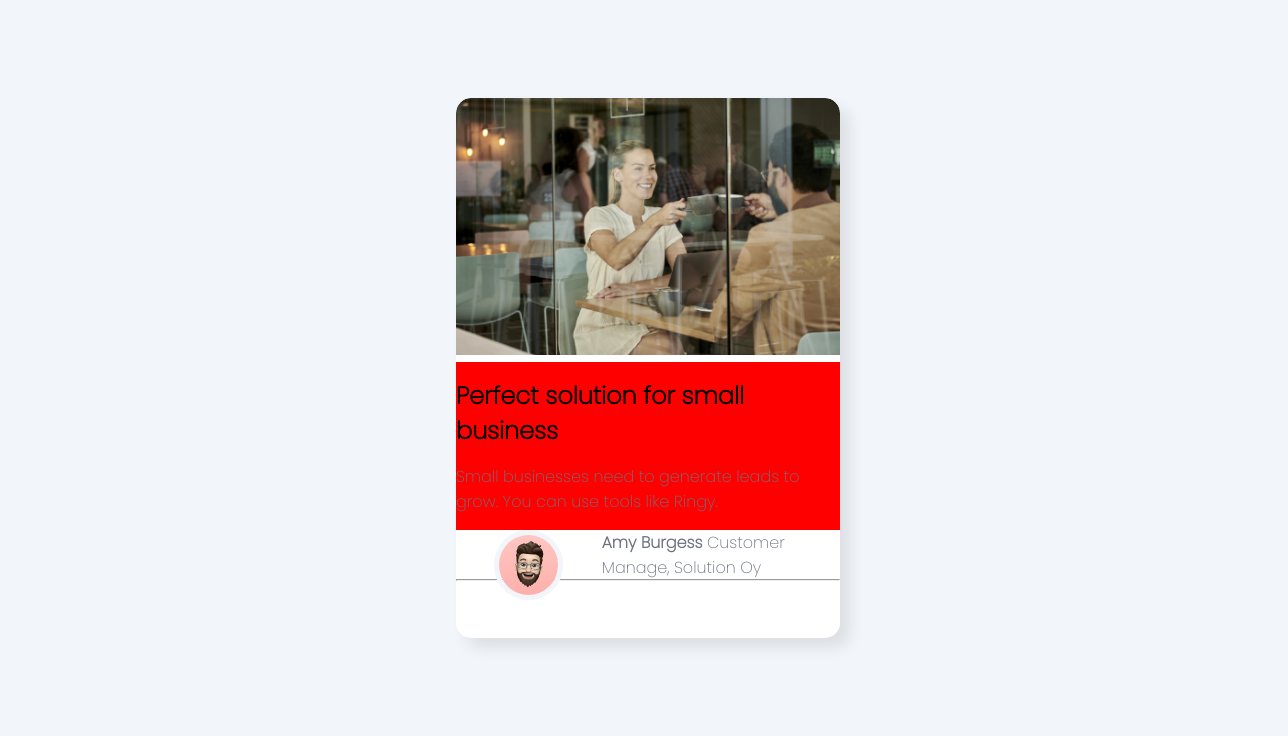
Repository: massndongo/business-blog-card
Page: index.html
These files come from the project's save history. The page is drawn as it stood at one moment and after the next save; the edit follows.
The browser window is 1280 px wide. The page is 1288 px wide, so the pictures cover 1288 px, including what lies to the right of the window. The pictures show the whole page.

Above is the page before, as saved 2023-11-08 05:12:44.

After the next save:
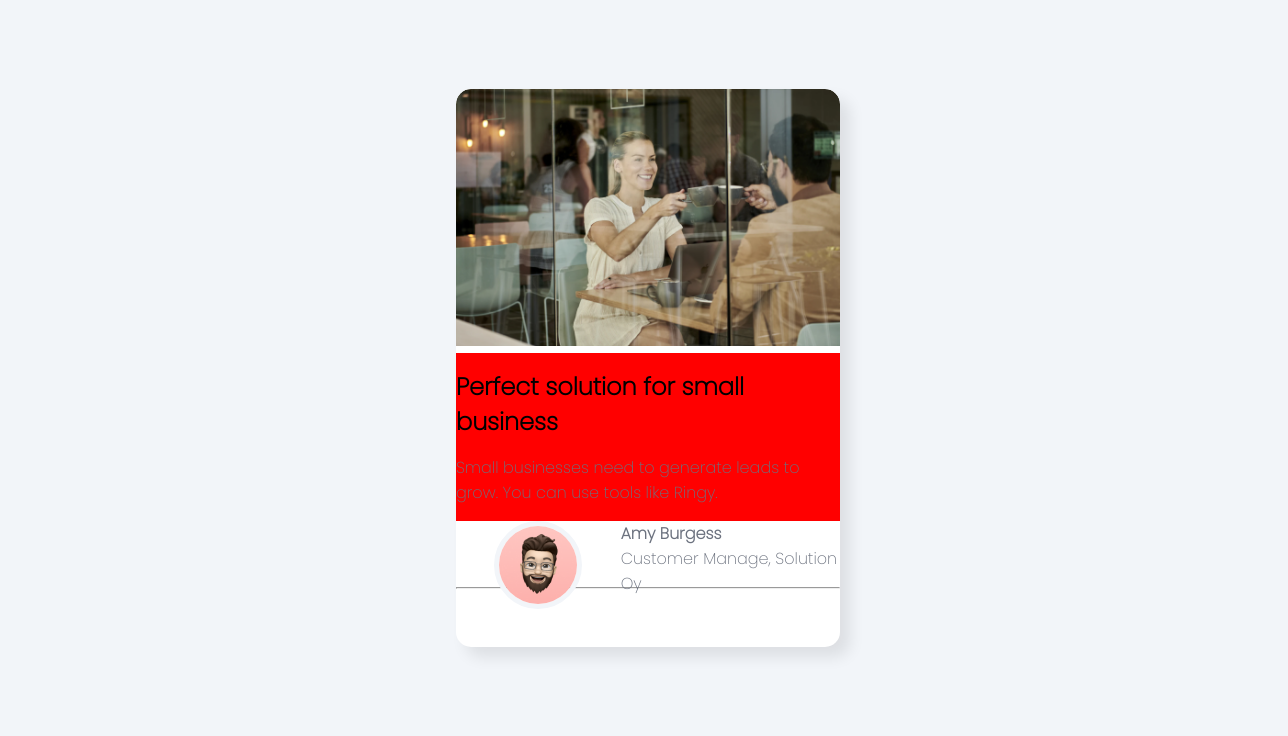
Saved 67 s later.
--- a/index.html
+++ b/index.html
@@ -18,7 +18,7 @@
         <div class="card-footer">
             <img src="images/avatar-image-business-card.png" alt="" srcset="">
             <div>
-                <span id="name">Amy Burgess</span>
+                <span id="name">Amy Burgess</span><br>
                 <span id="profil">Customer Manage, Solution Oy</span>
             </div>
         </div>
